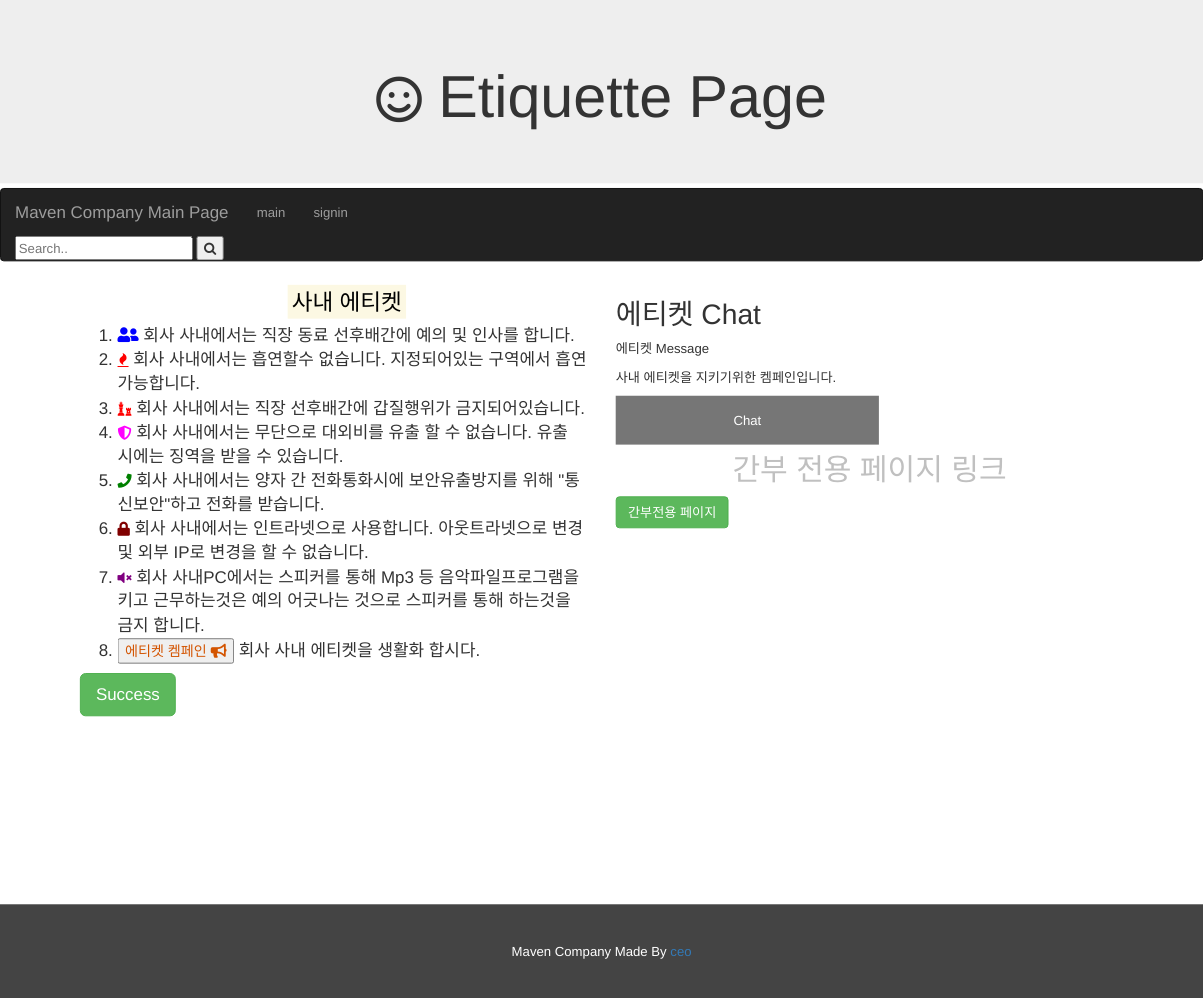
Repository: as2019a/spring
Page: http://localhost/ch19_project_mavenwebsite/WEB-INF/views/etiquette.jsp
The author's editor kept a copy of each file at every save. The page is drawn from the files as they stood at one save, then again after the next save.
The browser window is 1280 px wide. The pictures show the whole page, at 94% of full size.
Some web libraries are served in a nearby version. The page is served by Tomcat 9. Nobody is signed in. The template is opened directly, without the code that normally fills it, so the values that code supplies are empty.

Above is the page before, as saved 2019-01-29 07:59:37.

After the next save:
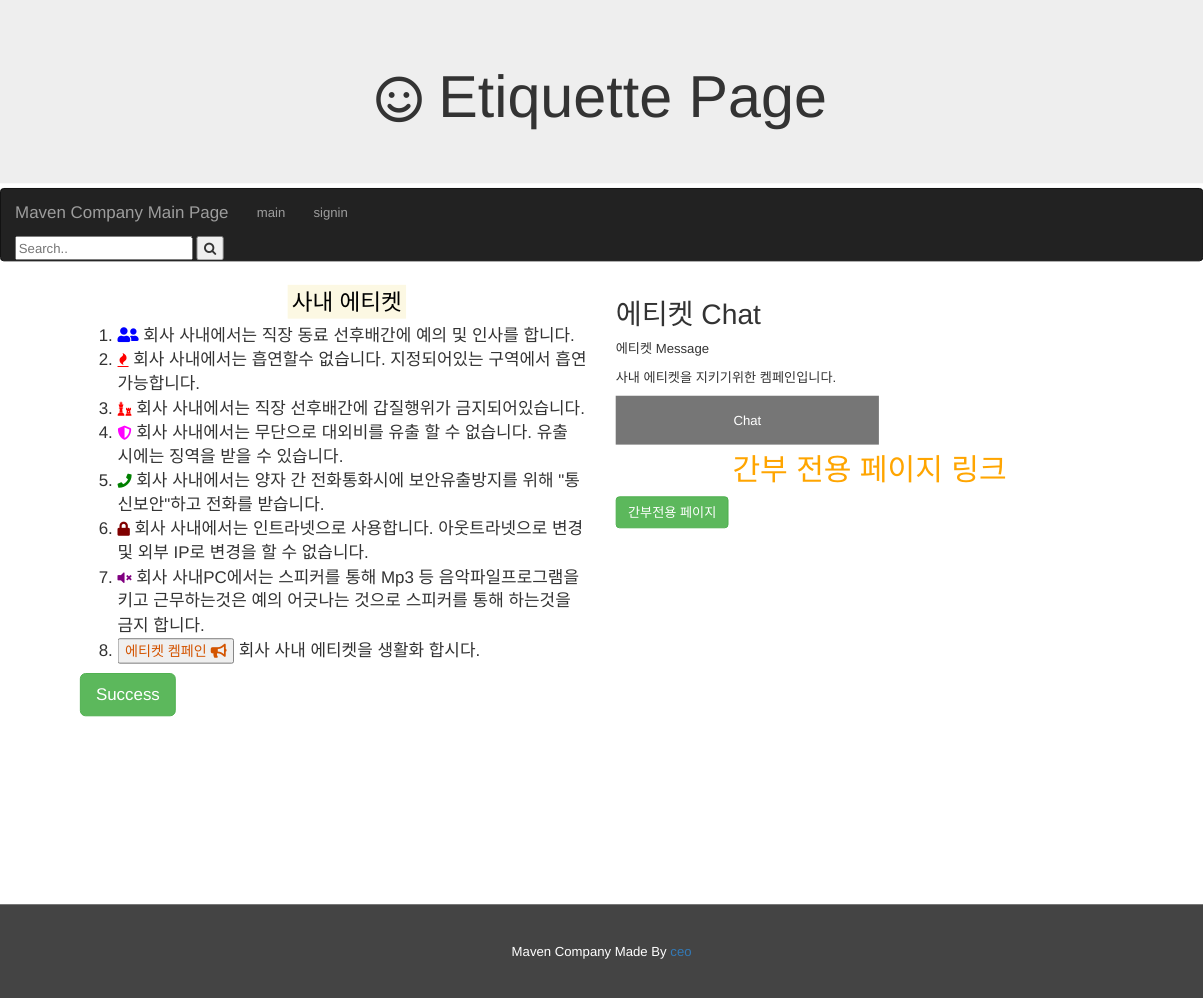
Saved 41 s later.
--- a/ch19_project_mavenwebsite/src/main/webapp/WEB-INF/views/etiquette.jsp
+++ b/ch19_project_mavenwebsite/src/main/webapp/WEB-INF/views/etiquette.jsp
@@ -250,8 +250,8 @@
 					  게시판에 post를 거쳐서 올라갑니다.">Message 루트</a>
 					</div>
 
-					<h5 title="간부전용 페이지로 간부외에 직원들은 접근권한이 없습니다." style="text-align:center;font-size:xx-large;color:silver;">간부 전용 페이지 링크</h5>
-					<a href="/onmanager" type="button" class="btn btn-success btn-ms" title="본 기업 간부전용 페이지 입니다.">간부전용 페이지</a>
+					<h5 title="간부전용 페이지로 간부외에 직원들은 접근권한이 없습니다." style="text-align:center;font-size:xx-large;color:orange;">간부 전용 페이지 링크</h5>
+					<a href="/onmanager" type="button" class="btn btn-success btn-ms" title="본 기업 간부전용 페이지 입니다." style="text-align:center;">간부전용 페이지</a>
 				</div>
 			</div>
 		</div>
